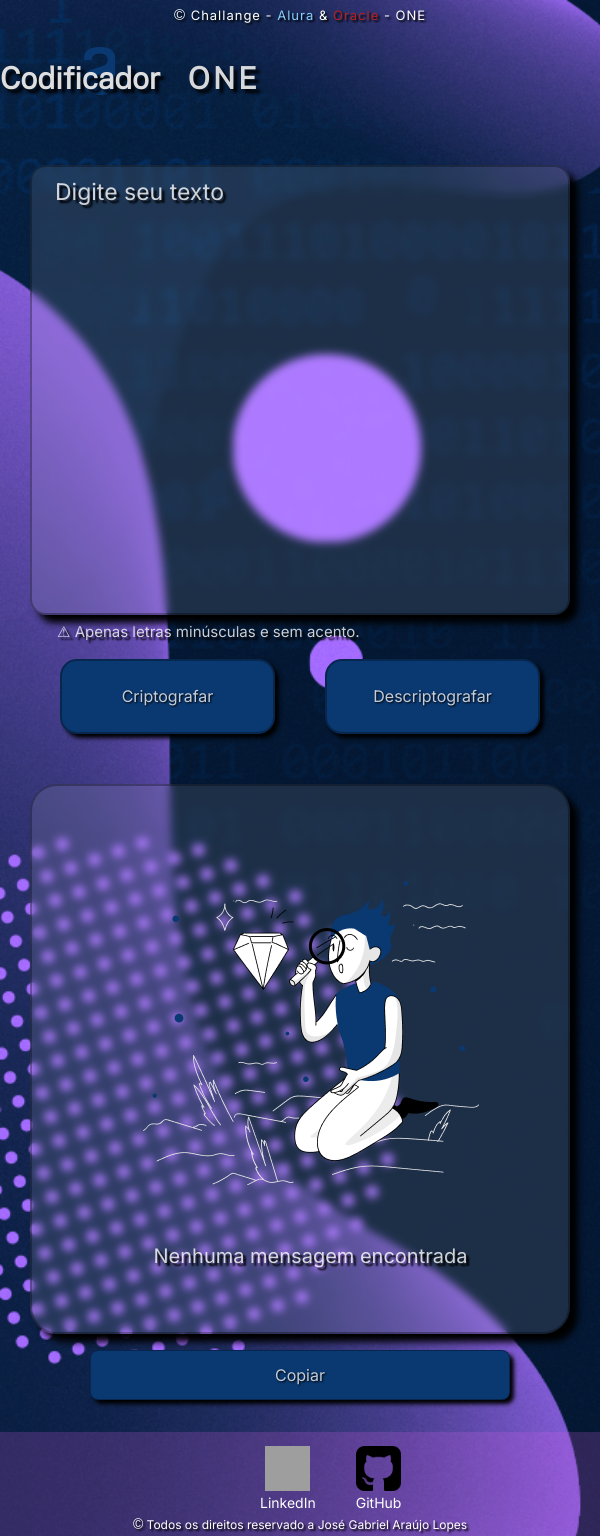
Repository: GabbrielLopes/Decodificador-ONE-Challange-Alura
Page: index.html
An editor plug-in stored every save of this project. The page is shown before and after a run of saves, followed by the edit.
The browser window is 600 px wide. The pictures show the whole page.
Pictures or frames that could not be fetched are drawn as grey boxes.

Above is the page before, as saved 2022-05-11 23:19:15.

After the next 2 saves:
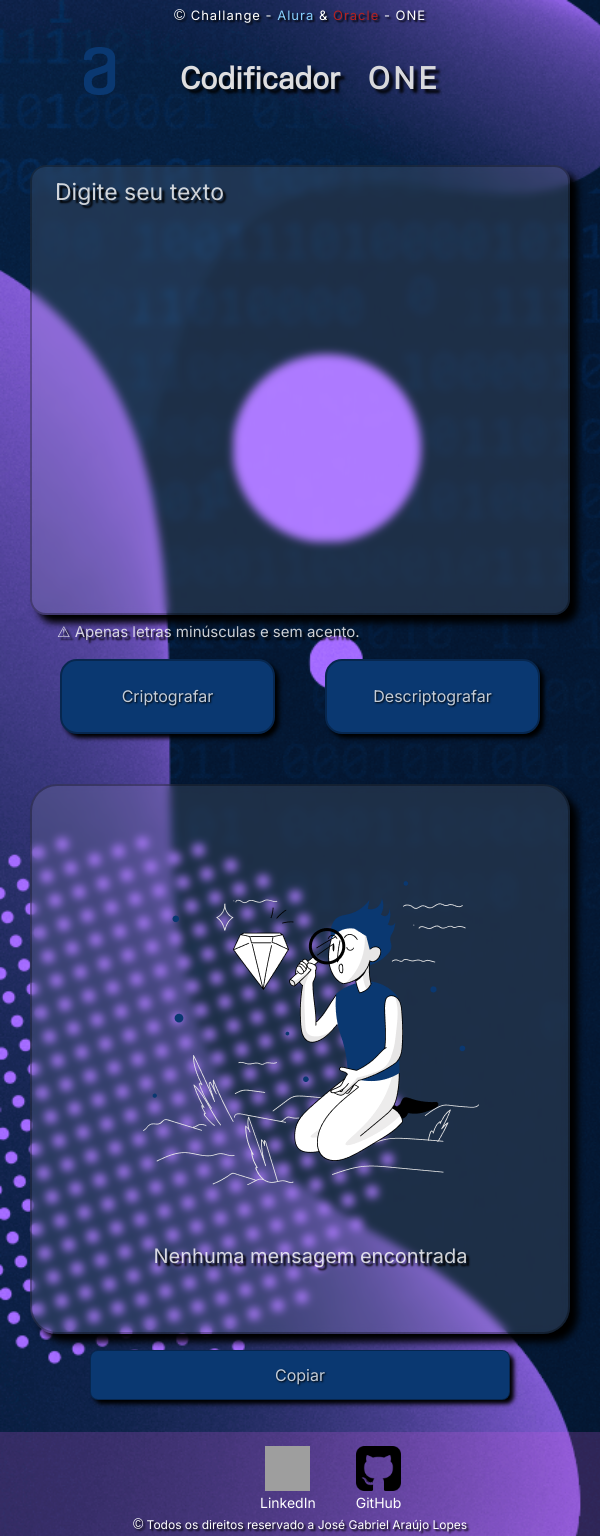
The 2 saves are shown as one change because they came seconds apart.
The last was saved 16 s later.
--- a/css/media.css
+++ b/css/media.css
@@ -5,7 +5,7 @@
         letter-spacing: normal;
         align-self: center;
         position: absolute;
-        align-items: center;
+        left: 30%;
     }
 
     .main {
